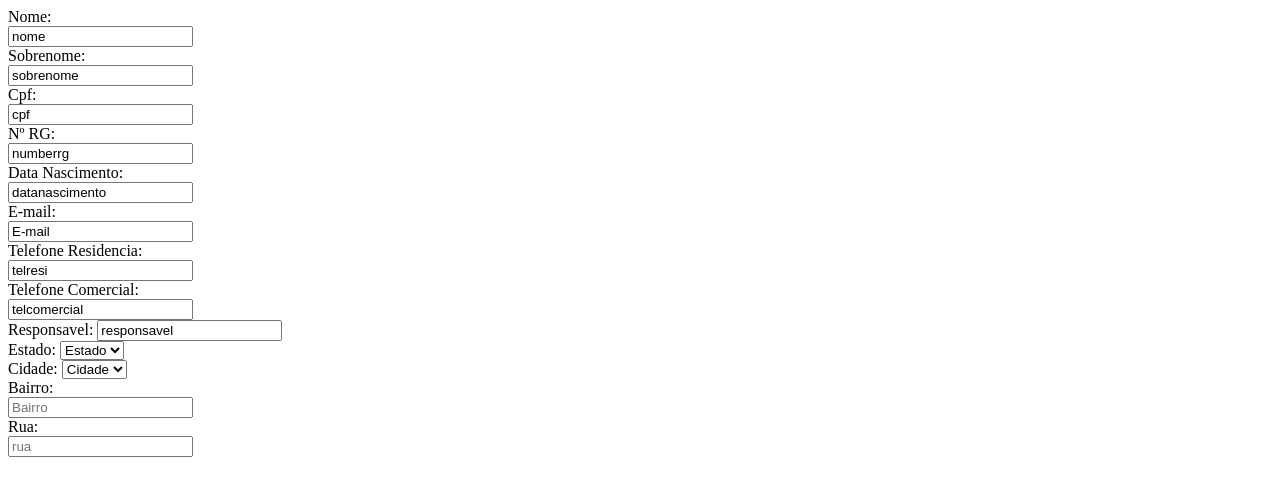
Repository: samaelsimoes/ong-cepe
Page: ong-cepe/WebContent/privado/formulario/pesfisica.html
These files come from the project's save history. The page is drawn as it stood at one moment and after the next save; the edit follows.
The browser window is 1280 px wide. The pictures show the whole page.

Above is the page before, as saved 2017-08-13 19:09:30.

After the next save:
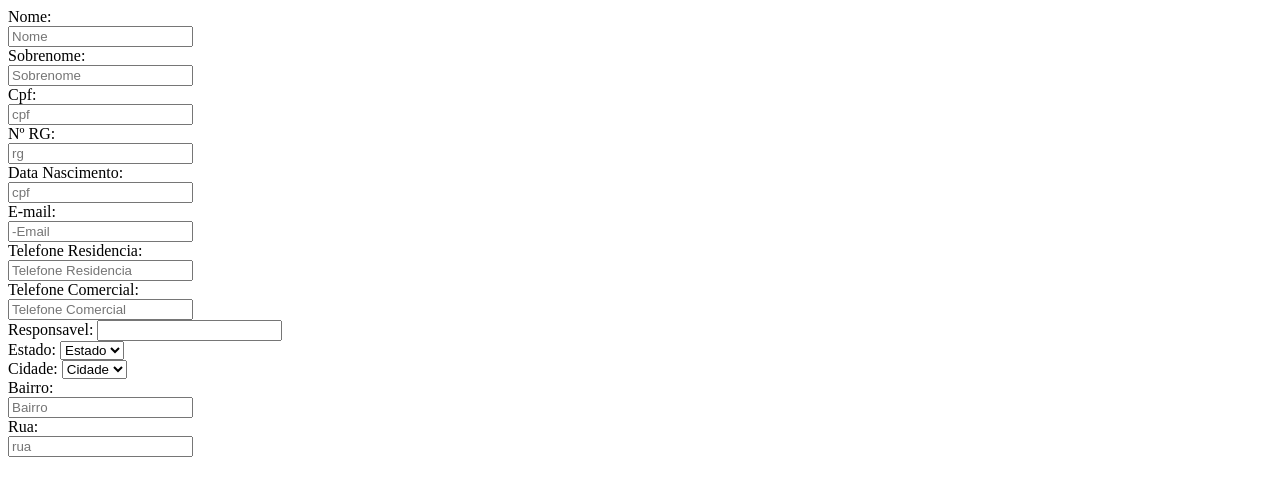
Saved 49 s later.
--- a/ong-cepe/WebContent/privado/formulario/pesfisica.html
+++ b/ong-cepe/WebContent/privado/formulario/pesfisica.html
@@ -4,7 +4,7 @@
         <label for="example-text-input" class="col-2 col-form-label">Nome:</label>
 
        <div class="col-10">
-            <input class="form-control" type="text" value="nome" id="nome" placeholder="Nome">
+            <input class="form-control" type="text" id="nome" placeholder="Nome">
         </div>
     </div>
 
@@ -13,7 +13,7 @@
         <label for="example-text-input" class="col-2 col-form-label">Sobrenome:</label>
 
         <div class="col-10">
-            <input class="form-control" type="text" value="sobrenome" id="sobrenome" placeholder="Sobrenome">
+            <input class="form-control" type="text" id="sobrenome" placeholder="Sobrenome">
         </div>
     </div>
 </div>
@@ -23,7 +23,7 @@
         <label for="example-text-input" class="col-2 col-form-label">Cpf:</label>
 
        <div class="col-10">
-            <input class="form-control" type="text" value="cpf" id="nome" placeholder="cpf">
+            <input class="form-control" type="text" id="nome" placeholder="cpf">
         </div>
     </div>
 
@@ -32,7 +32,7 @@
         <label for="example-text-input" class="col-2 col-form-label">Nº RG:</label>
 
         <div class="col-10">
-            <input class="form-control" type="text" value="numberrg" id="sobrenome" placeholder="rg">
+            <input class="form-control" type="text" id="sobrenome" placeholder="rg">
         </div>
     </div>
 </div>
@@ -42,7 +42,7 @@
         <label for="example-text-input" class="col-2 col-form-label">Data Nascimento:</label>
 
        <div class="col-10">
-            <input class="form-control" type="text" value="datanascimento" id="datanascimento" placeholder="cpf">
+            <input class="form-control" type="text" id="datanascimento" placeholder="cpf">
         </div>
     </div>
     <div class="col-xs-6 col-md-5 coll-md-offset-2">
@@ -51,7 +51,7 @@
 
         <div class="col-10">
 
-            <input class="form-control" type="text" value="E-mail" id="email" placeholder="-Email">
+            <input class="form-control" type="text" id="email" placeholder="-Email">
         </div>
     </div>
 </div>
@@ -61,7 +61,7 @@
         <label for="example-text-input" class="col-2 col-form-label">Telefone Residencia:</label>
 
        <div class="col-10">
-            <input class="form-control" type="text" value="telresi" id="telresidenci" placeholder="Telefone Residencia">
+            <input class="form-control" type="text" id="telresidenci" placeholder="Telefone Residencia">
         </div>
     </div>
     <div class="col-xs-6 col-md-5 coll-md-offset-2">
@@ -70,7 +70,7 @@
 
         <div class="col-10">
 
-            <input class="form-control" type="text" value="telcomercial" id="telcomercial" placeholder="Telefone Comercial">
+            <input class="form-control" type="text" id="telcomercial" placeholder="Telefone Comercial">
         </div>
     </div>
 </div>
@@ -80,7 +80,7 @@
 
         <label for="responsavel" class="col-2 col-form-label">Responsavel:</label>
 
-        <input class="form-control" type="text" value="responsavel" id="responsavel">
+        <input class="form-control" type="text" id="responsavel">
     </div>
 </div>
 
